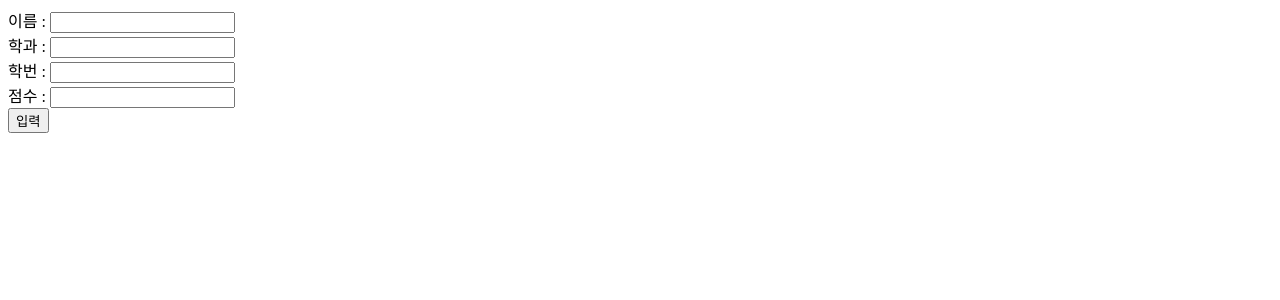
Repository: GitOnibi/jsp
Page: http://localhost/JSPprojec/school/stu_input.jsp
The author's editor kept a copy of each file at every save. The page is drawn from the files as they stood at one save, then again after the next save.
The browser window is 1280 px wide. The pictures show the whole page.
The page is served by Tomcat 9. Other server files are loaded and not shown.

Above is the page before, as saved 2019-01-07 12:51:34.

### JSPprojec/WebContent/school/stu_input.jsp
<%@ page language="java" contentType="text/html; charset=UTF-8" pageEncoding="UTF-8"%>
<!DOCTYPE html>
<html>
<head>
<meta charset="UTF-8">
<title>Insert title here</title>
</head>
<body>
	<form action="score_check.jsp" method="GET">
		이름 : <input type="text" name="stu_name" id="stu_name"/><br />
		학과 : <input type="text" name="dep_name" id="dep_name"/><br />
		학번 : <input type="number" name="stu_num" id="stu_num"/><br />
		점수 : <input type="number" name="dep_score" id="dep_score"/><br />
		<input type="submit" value="입력"/>
	</form>
</body>
</html>

After the next save:
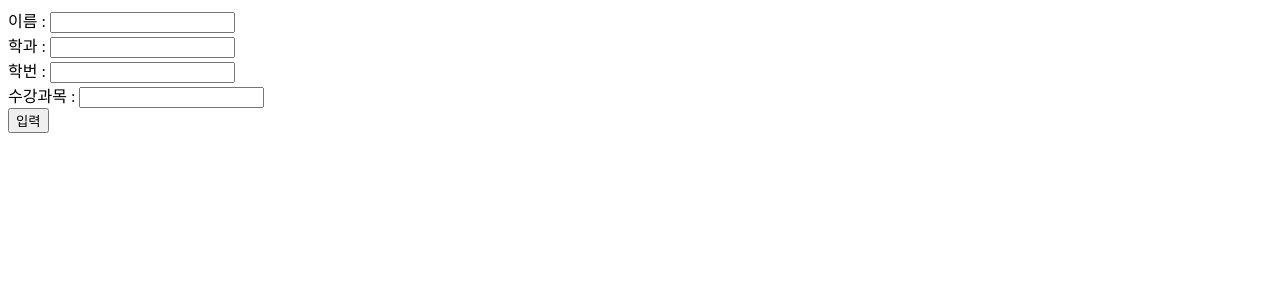
Saved 22 s later.
--- a/JSPprojec/WebContent/school/stu_input.jsp
+++ b/JSPprojec/WebContent/school/stu_input.jsp
@@ -10,7 +10,7 @@
 		이름 : <input type="text" name="stu_name" id="stu_name"/><br />
 		학과 : <input type="text" name="dep_name" id="dep_name"/><br />
 		학번 : <input type="number" name="stu_num" id="stu_num"/><br />
-		점수 : <input type="number" name="dep_score" id="dep_score"/><br />
+		수강과목 : <input type="number" name="dep_score" id="dep_score"/><br />
 		<input type="submit" value="입력"/>
 	</form>
 </body>
